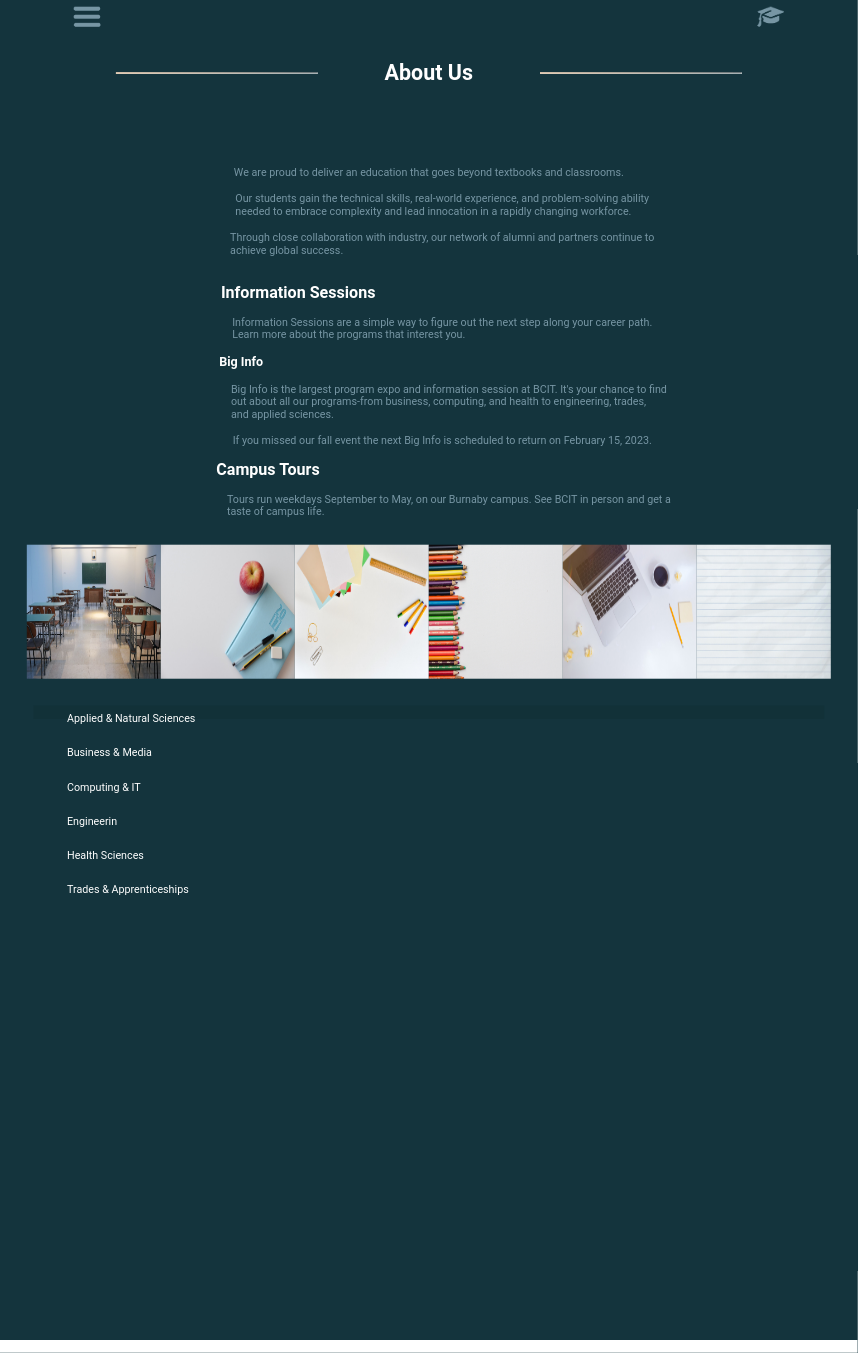
Repository: Sheraliramzan/Aly_A01253508_Assignment1
Page: /about
An editor plug-in stored every save of this project. The page is shown before and after the next save, followed by the edit.
The browser window is 1280 px wide. The pictures show the whole page, at 67% of full size.
The project was rebuilt for these pictures with package versions that can differ from the ones it lists, and the page was loaded fresh each time. The framework's server and built-in components were replaced by stand-ins that run in the browser. Also part of the build but not shown: next.config.js.

Above is the page before, as saved 2023-02-05 10:03:20.

### pages/about.js
import Head from 'next/head'
import Image from 'next/image'
import styles from '../styles/Home.module.css'
import dynamic from "next/dynamic";
import Nav from '../comp/nav/nav';


const About = () => {
  return (
    <>
      <Head>
        <title>About Us</title>
        <meta name="author" content="MDIA 2109" />
        <meta property="og:title" content= 'Assignment #1 - About Us Page'/>
        <meta property="og:description" content= "BCIT Digital Design and Development Diploma"/>
        <meta name="viewport" content="width=device-width, initial-scale=1" />
        <link rel="icon" href="/favicon.png" />
      </Head>
      <main className={styles.main}>
        <div className="aboutcont">
          <Nav/>
          <div>
              <div className='headcont1'>
                <hr className='hori'></hr>
                <h1 className='header'>About Us</h1>
                <hr className='hori1'></hr>
                <h1></h1>
              </div>
              <div className='paracont'>
                <p className='para2'> We are proud to deliver an education that goes beyond textbooks
                  and classrooms.</p>
                <p className='para3'> Our students gain the technical skills, real-world experience,
                  and problem-solving ability <br /> needed to embrace complexity
                  and lead innocation in a rapidly changing workforce.</p>
                <p className='para3'>Through close collaboration with industry, our network of alumni
                  and partners continue to <br /> achieve global success.</p>
              </div>
                <h2 className='header2'> Information Sessions</h2>
                <p className='para3'> Information Sessions are a simple way to figure out the next
                  step along your career path. <br /> Learn more about the
                programs that interest you.</p>
                <h3 className='header3'>Big Info</h3>
              <p className='para4'> Big Info is the largest program expo and information session at
                BCIT. It's your chance to find <br /> out about all our
                programs-from business, computing, and health to engineering,
                trades,
                <br /> and applied sciences.
              </p>
              <p className='para3'>If you missed our fall event the next Big Info is scheduled to
                return on February 15, 2023.
              </p>
              <h2 className="header4">Campus Tours</h2>
              <p className='para4'>  Tours run weekdays September to May, on our Burnaby campus. See
                BCIT in person and get a <br /> taste of campus life.</p>
          </div>
          <div>
            <div id="carouselImage">
                <Image src={"/0.jpg"} width={200} height={200}></Image>
                <Image src={"/1.jpg"} width={200} height={200}></Image>
                <Image src={"/2.jpg"} width={200} height={200}></Image>
                <Image src={"/3.jpg"} width={200} height={200}></Image>
                <Image src={"/4.jpg"} width={200} height={200}></Image>
                <Image src={"/5.jpg"} width={200} height={200}></Image>
            </div >
                  <div id="testOnImageHere">
                    <ul>
                      <li>Applied & Natural Sciences</li>
                      <li>Business & Media</li>
                      <li>Computing & IT</li>
                      <li>Engineerin</li>
                      <li>Health Sciences</li>
                      <li>Trades & Apprenticeships</li>
                    </ul>
                  </div>
          </div>
        </div>
        <a>
            <span>
                <img></img>
                <img></img>
            </span>
        </a>
      </main>
    </>
  )
}
export default dynamic (() => Promise.resolve(About), {ssr: false})

### styles/globals.css


* {
  box-sizing: border-box;
  padding: 0;
  margin: 0;
}

html,
body {
  margin: 0;
  padding: 0;
  font-family: "Roboto", sans-serif;
  scrollbar-width: none;

}
.menuimg{
  margin-left: 100px;
}
.gardimg{
  margin-right: 100px;
}
.navcont {
  display: flex;
  align-items: center;
  justify-content: space-between;
  padding: 10px;
}
.menucont{
  position: absolute;
  top: 0rem;
  left: 4rem;
}
a{
  color: var(--primary-color);
  text-decoration: none;
}

ul {
  display: flex;
  flex-direction: column;
  position: absolute;
  top: 10px;
  left: 50px;
  gap: 2rem;
  text-decoration: none;
}

ul > li {
  list-style-type: none;
  text-decoration: none;
  color: var(--primary-color);
}
.listcont{
  position: absolute;
  display: flex;
  align-items: flex-start;
  left: 3rem;
  top: 3rem;
}

.btncont {
  display: flex;
}

.close {
  background-color: transparent;
  border: none;
  font-size: larger;
  color: var(--primary-color);
}

.fullcont{
  width: 100vw;
  height: 100vh;
  background-image: url("/background-images/backgroundMountain.jpg");
  background-size: cover;
}
.but1{
  margin: 2px;
  padding: 5px 15px;
  background: none;
  border: 1px solid var(--primary-color);
  border-radius: 5px;
  color:var(--primary-color) ;
}
.butcont{
 margin-left: 250px;
}

.but1:hover{
  background-color: var( --primary-color);
  color: var(--quinary-color);
}
.downarrow{
  position: relative;
  left: 650px;
  top:50px;
}
.headcont{
  display: flex;
  flex-direction: column;
  width: 25%;
  margin-top: 320px;
  margin-left: 250px;
}
.headhome{
  color: var(--primary-color);
  font-size: 25px;
  margin-bottom: 10px;
}
.horidiv{
  width: 60%;
  border: 1px solid var(--secondary-color);
  margin-bottom: 10px;
}
.para1{
  color: var(--primary-color);
  font-size:12px;
  width: 100%;
  opacity: 0.8;
}
.aboutcont{
  width: 100%;
  background-color: var( --quaternary-color);
  justify-content: center;
  height: 2000px;
}
.hori{
  border-left: 300px solid var(--secondary-color);
  width: 100px;
  height: 1px;
  margin-right: 100px;
}
.hori1{
  border-left: 300px solid var(--secondary-color);
  width: 100px;
  height: 1px;
  margin-left: 100px;
}
.headcont1{
  text-align: center;
  margin-top: 40px;
  display: flex;
  justify-content: center;
  align-items: center;
}
.header{
  color: var(--primary-color);
}
.paracont{
  display: flex;
  flex-direction: column;
  color: var(--ternary-color);
  justify-content: center;
  align-items: center;
  margin-top: 100px;

}
.para2{
  margin-top: 20px;
  margin-bottom: 20px;
}
.header2{
  display: flex;
  flex-direction: column;
  align-items: center;
  margin-right: 390px;
  margin-top: 20px;
  margin-bottom: 20px;
  color: var(--primary-color);
}
.header3{
  display: flex;
  flex-direction: column;
  align-items: center;
  margin-right: 560px;
  margin-top: 20px;
  margin-bottom: 20px;
  color: var(--primary-color);
}
.header4{
  display: flex;
  flex-direction: column;
  align-items: center;
  margin-right: 480px;
  margin-top: 20px;
  margin-bottom: 20px;
  color: var(--primary-color);
}
.para3{
  color: var(--ternary-color);
  display: flex;
  align-items: center;
  justify-content: center;
  margin-bottom: 20px;
  margin-left: 40px;
}
.para4{
  color: var(--ternary-color);
  display: flex;
  align-items: center;
  justify-content: center;
  margin-bottom: 20px;
  margin-left: 60px;
}
#carouselImage{
  height: 200px;
  background-repeat: no-repeat;
  background-size: cover;
  display: flex;
  justify-content: center;
  align-items: center;
  margin: 40px 0px;
}
#testOnImageHere{
  background-color: rgba(16, 46, 53, 0.5);
  padding: 10px;
  margin: 0px 50px;
  position: relative;
}

### styles/variables.css
:root{
    --primary-color:#fff;
    --secondary-color:#f4d6b9;
    --ternary-color: #7796a4;
    --quaternary-color:#14343d;
    --quinary-color:rgba(16,46,53,0.5);
}

### styles/Home.module.css
.main {
  display: flex;
  flex-direction: column;
  justify-content: space-between;
  align-items: center;
}

### comp/nav/nav.js
import Head from 'next/head'
import Image from 'next/image'
import { useState } from 'react'
import { useRouter } from 'next/router'
import Link from 'next/link'

export default function Nav(){
    const [isMenuOpen, setIsMenuOpen] = useState(false);
  const handleClick = () => {
    setIsMenuOpen(!isMenuOpen);
  };
  const router = useRouter();
    return (
    <>
        <div className="navcont">
              <Image alt='menu' className='menuimg'
                src={"/icons/menu-icon.png"}
                width={40}
                height={30}
                onClick={handleClick}
              />
              <Image alt='grad' className='gardimg' src={"/icons/graduation-hat.png"} width={40} height={30} />
          </div>
          {isMenuOpen && (
            <div className="menucont">
              <div className="listcont">
                <div className="btncont">
                  <button className="close" onClick={handleClick}>
                    X
                  </button>
                </div>
                <div>
                  <ul>
                    <li>
                      <a href="#">Home</a>
                    </li>
                    <li>
                      <a href="/about">About</a>
                    </li>
                    <li>
                      <a href="/contact">Contact</a>
                    </li>
                  </ul>
                </div>
              </div>
              <Image alt='bar'
                src={"/background-images/menuBackground.png"}
                width={240}
                height={240}
              />
            </div>
          )}
    </>
    )
}

Loaded but not shown: pages/_app.js (common file); pages/_document.js (common file)

After the next save:
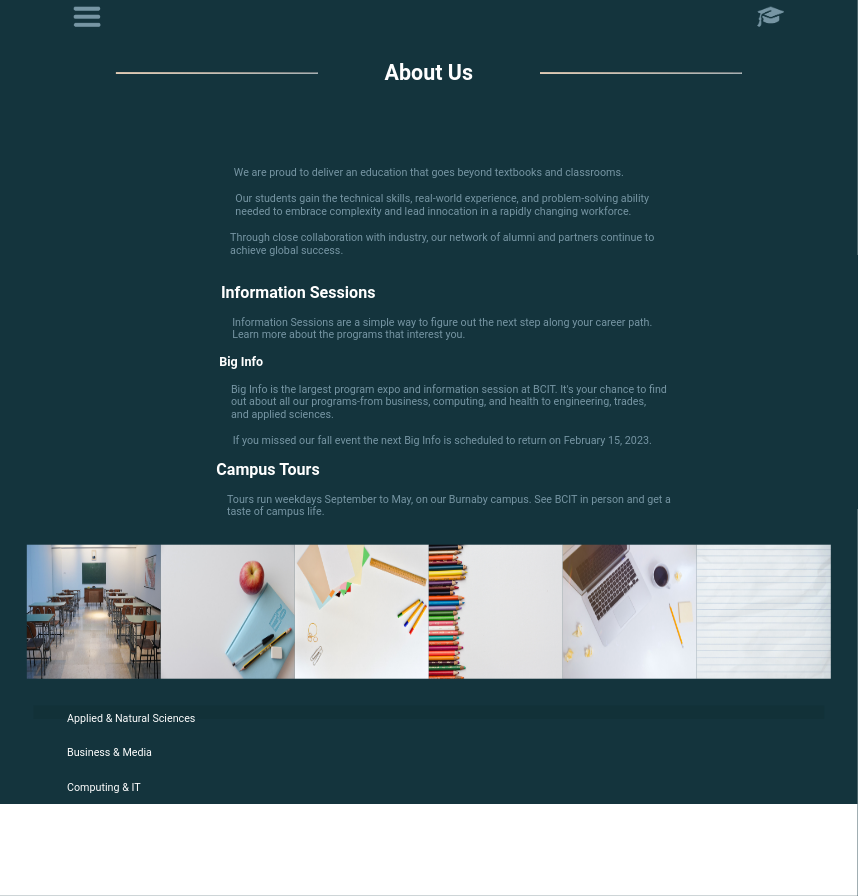
Saved 13 s later.
--- a/styles/globals.css
+++ b/styles/globals.css
@@ -124,7 +124,7 @@ ul > li {
   width: 100%;
   background-color: var( --quaternary-color);
   justify-content: center;
-  height: 2000px;
+  height: 1200px;
 }
 .hori{
   border-left: 300px solid var(--secondary-color);
